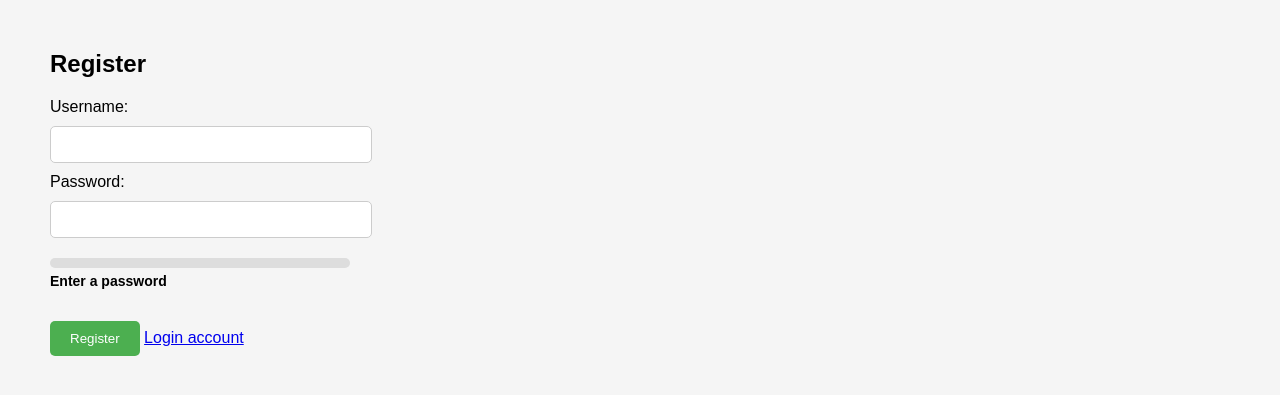
Repository: wolvicjohn/argon2
Page: http://localhost/register.php
The author's editor kept a copy of each file at every save. The page is drawn from the files as they stood at one save, then again after the next save.
The browser window is 1280 px wide. The pictures show the whole page.
The page is run by PHP 8.4 with error messages shown; the project is at /var/www/html/.

Above is the page before, as saved 2024-10-18 02:02:57.

After the next save:
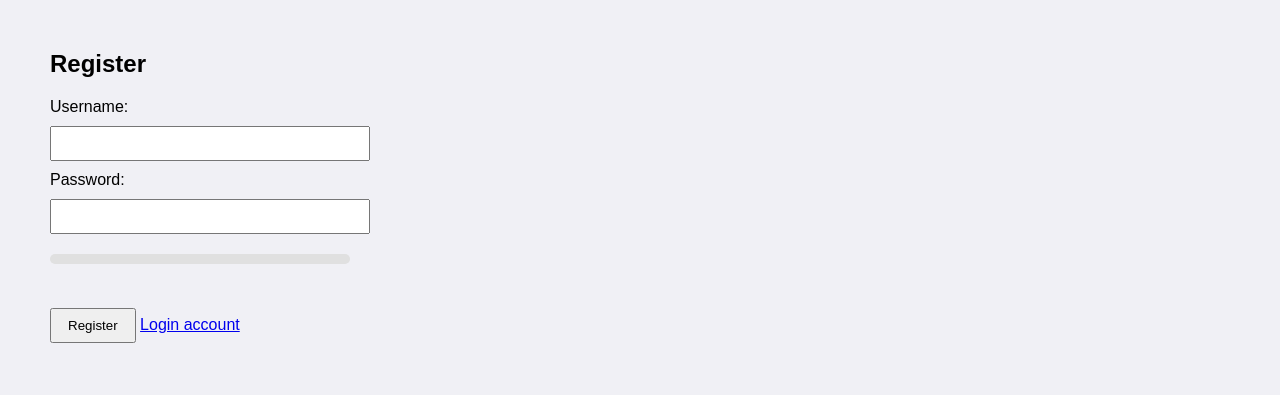
Saved 6 s later.
--- a/register.php
+++ b/register.php
@@ -2,8 +2,8 @@
 // Database connection
 $host = 'localhost';
 $db = 'argon2_auth';
-$user = 'root'; // Your database username
-$pass = '';     // Your database password
+$user = 'root';  // or your DB username
+$pass = '';      // or your DB password
 
 $dsn = "mysql:host=$host;dbname=$db;charset=utf8mb4";
 $options = [
@@ -21,17 +21,17 @@ if ($_SERVER['REQUEST_METHOD'] === 'POST') {
     $username = $_POST['username'];
     $password = $_POST['password'];
 
-    // Check if username exists
+    // Check if the username is already taken
     $stmt = $pdo->prepare('SELECT id FROM users WHERE username = ?');
     $stmt->execute([$username]);
     if ($stmt->fetch()) {
-        die('Username already taken');
+        die('Username is already taken');
     }
 
-    // Hash password with Argon2
+    // Hash the password using Argon2
     $passwordHash = password_hash($password, PASSWORD_ARGON2ID);
 
-    // Insert user into database
+    // Insert the new user into the database
     $stmt = $pdo->prepare('INSERT INTO users (username, password_hash) VALUES (?, ?)');
     $stmt->execute([$username, $passwordHash]);
 
@@ -46,34 +46,30 @@ if ($_SERVER['REQUEST_METHOD'] === 'POST') {
     <meta charset="UTF-8">
     <title>Register</title>
     <style>
+        /* Basic styling */
         body {
             font-family: Arial, sans-serif;
             margin: 50px;
-            background-color: #f5f5f5;
+            background-color: #f0f0f5;
         }
 
         input {
             margin: 10px 0;
-            padding: 10px;
+            padding: 8px;
             width: 300px;
-            border: 1px solid #ccc;
-            border-radius: 5px;
         }
 
         button {
-            padding: 10px 20px;
+            padding: 8px 16px;
+            margin-top: 10px;
             cursor: pointer;
-            background-color: #4CAF50;
-            color: white;
-            border: none;
-            border-radius: 5px;
         }
 
         .password-strength {
             margin-top: 10px;
             height: 10px;
             width: 300px;
-            background-color: #ddd;
+            background-color: #e0e0e0;
             border-radius: 5px;
             overflow: hidden;
         }
@@ -95,12 +91,6 @@ if ($_SERVER['REQUEST_METHOD'] === 'POST') {
         .strength-strong {
             background-color: green;
         }
-
-        .message {
-            margin-top: 5px;
-            font-size: 14px;
-            font-weight: bold;
-        }
     </style>
 </head>
 
@@ -113,13 +103,14 @@ if ($_SERVER['REQUEST_METHOD'] === 'POST') {
         <label for="password">Password:</label><br>
         <input type="password" name="password" id="password" required><br>
 
+        <!-- Password Strength Meter -->
         <div class="password-strength">
             <div class="strength-bar" id="strength-bar"></div>
         </div>
-        <p class="message" id="strength-text">Enter a password</p><br>
+        <p id="strength-text"></p><br>
 
         <button type="submit">Register</button>
-        <a href="login.php">Login account</a>
+        <a href="login.php" class="button">Login account</a>
     </form>
 
     <script>
@@ -128,18 +119,15 @@ if ($_SERVER['REQUEST_METHOD'] === 'POST') {
         const strengthText = document.getElementById('strength-text');
 
         passwordInput.addEventListener('input', () => {
-            const password = passwordInput.value;
-            console.log(`Password entered: ${password}`); // Debugging
-
-            const strength = calculateStrength(password);
-            console.log(`Password strength: ${strength}`); // Debugging
-
+            console.log(passwordInput.value); // Debugging: Check input capture
+            const strength = calculateStrength(passwordInput.value);
             updateStrengthMeter(strength);
         });
 
         function calculateStrength(password) {
             let strength = 0;
 
+            // Criteria for password strength
             if (password.length >= 8) strength++;
             if (/[A-Z]/.test(password)) strength++;
             if (/[a-z]/.test(password)) strength++;
@@ -150,24 +138,20 @@ if ($_SERVER['REQUEST_METHOD'] === 'POST') {
         }
 
         function updateStrengthMeter(strength) {
-            strengthBar.className = '';  // Reset class
-            strengthText.className = 'message'; // Reset message styling
+            strengthBar.className = '';  // Reset bar style
 
             if (strength <= 1) {
                 strengthBar.style.width = '20%';
                 strengthBar.classList.add('strength-weak');
                 strengthText.textContent = 'Weak';
-                strengthText.style.color = 'red';
             } else if (strength <= 3) {
                 strengthBar.style.width = '60%';
                 strengthBar.classList.add('strength-medium');
                 strengthText.textContent = 'Medium';
-                strengthText.style.color = 'orange';
             } else {
                 strengthBar.style.width = '100%';
                 strengthBar.classList.add('strength-strong');
                 strengthText.textContent = 'Strong';
-                strengthText.style.color = 'green';
             }
         }
     </script>
